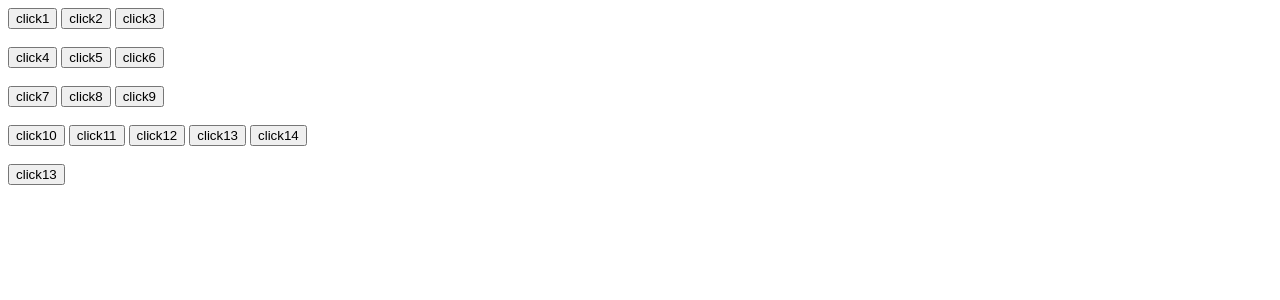
Repository: mirror-neuron/JsonStudy
Page: JsonApp01/WebContent/JsonTest10.html
These files come from the project's save history. The page is drawn as it stood at one moment and after the next save; the edit follows.
The browser window is 1280 px wide. The pictures show the whole page.

Above is the page before, as saved 2019-05-31 07:03:55.

After the next save:
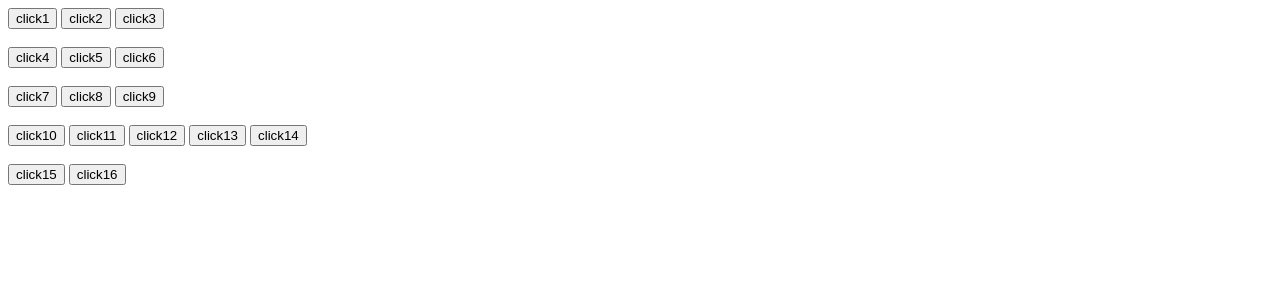
Saved 23 s later.
--- a/JsonApp01/WebContent/JsonTest10.html
+++ b/JsonApp01/WebContent/JsonTest10.html
@@ -60,5 +60,8 @@
 	<!-- test1 test2 -->
 
 	<br><br>
-	<input type="button" value="click13" onclick="alert(obj6_2[1] )" />
+	<input type="button" value="click15" onclick="alert(obj6_2[1] )" />
+	<!-- test2 -->
+	<input type="button" value="click16" onclick="alert(obj6_2[2] )" />
+	<!--  -->
 </form>
